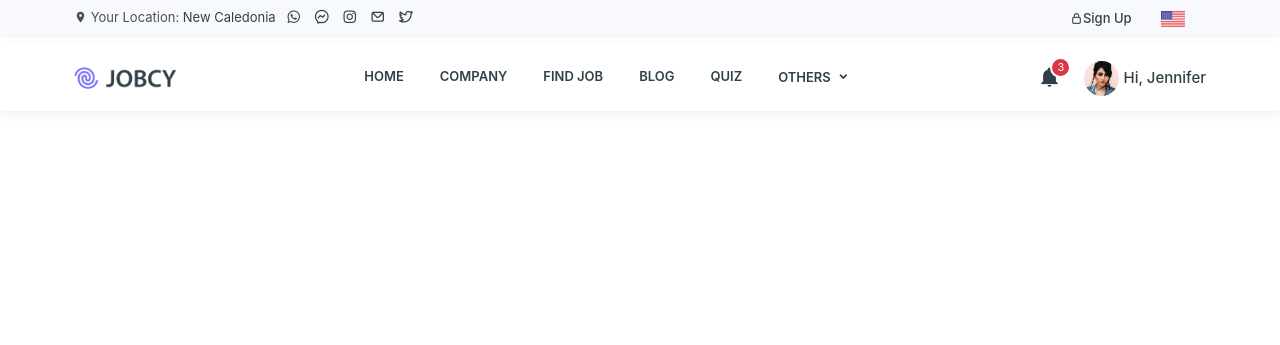
Repository: waflol/hrpm-frontend
Page: / (app in frontend/)
An editor plug-in stored every save of this project. The page is shown before and after the next save, followed by the edit.
The browser window is 1280 px wide. The pictures show the whole page.
The project was rebuilt for these pictures with package versions that can differ from the ones it lists, and the page was loaded fresh each time. Also part of the build but not shown: frontend/craco.config.js, frontend/src/shared/components/Navigations/LoginButton.jsx.

Above is the page before, as saved 2022-10-13 13:58:49.

### frontend/src/App.js
import MainNavBar from './shared/components/Navigations/MainNavBar';
import MainTopBar from './shared/components/TopBar/MainTopBar';
import { BrowserRouter, Routes, Route } from 'react-router-dom';
import MainFooter from './shared/components/Footer/MainFooter';
function App() {
  return (
    <div className="App">
      <BrowserRouter>
        <Routes>
          <Route
            path='/'
            element={
              <div>
                <MainTopBar />
                <MainNavBar />

              </div>
            }>
          </Route>
        </Routes>
      </BrowserRouter>
    </div>
  );
}

export default App;

### frontend/src/shared/components/Navigations/MainNavBar.jsx
import React from "react";
import {Container} from "reactstrap";
import LogoCompany from "./LogoCompany";
import NavToggler from "./NavToggler";
import Notification from "./Notification";
import UserSetting from "./UserSetting";
import LoginButton from "./LoginButton";
const MainNavBar = () => {
  return (
    <React.Fragment>
      <nav className="navbar navbar-expand-lg fixed-top sticky p-0 " id="navigation">
        <Container fluid className="custom-container">
          <LogoCompany/>
          <NavToggler/>

          <ul className="header-menu list-inline d-flex align-items-center mb-0">
            <Notification/>
            <UserSetting/>
          </ul>
        </Container>
      </nav>
    </React.Fragment>
  )
}

export default MainNavBar;

### frontend/src/shared/components/TopBar/MainTopBar.jsx
import React from "react";
import {Col, Container, Row} from "reactstrap";

import YourLocations from "./YourLocations";
import SignUpLink from "./SignUpLink";
import LanguageSelector from "./LanguageSelector";

const MainTopBar = () => {
  return (
    <React.Fragment>
      <div className="top-bar" style={{zIndex: 1030}}>
        <Container fluid className="custom-container">
          <Row className="g-0 align-items-center">
            <YourLocations/>

            <Col md={5}>
              <ul className="list-inline mb-0 text-center text-md-end">
                <SignUpLink/>
                <LanguageSelector/>
              </ul>
            </Col>
          </Row>
        </Container>
      </div>
    </React.Fragment>
  );
};

export default MainTopBar;

### frontend/src/shared/components/Navigations/LogoCompany.jsx
import React from 'react'
import { Link } from 'react-router-dom';
import darkLogo from "../../../assets/images/logo-dark.png";
import lightLogo from "../../../assets/images/logo-light.png";
const LogoCompany = () => {
    return (
        <Link className="navbar-brand text-dark fw-bold me-auto" to="/">
            <img src={darkLogo} height="22" alt="" className="logo-dark" />
            <img src={lightLogo} height="22" alt="" className="logo-light" />
        </Link>
    )
}

export default LogoCompany

### frontend/src/shared/components/Navigations/NavToggler.jsx
import React, { useState } from "react";
import NavLinks from "./NavLinks";
import { Collapse, NavbarToggler } from "reactstrap";
const NavToggler = () => {
    const [isOpen, setIsOpen] = useState(false);
    const toggle = () => setIsOpen(!isOpen);
    return (
        <>
            <div>
                <NavbarToggler className="me-3" type="button" onClick={() => toggle()}>
                    <i className="mdi mdi-menu"></i>
                </NavbarToggler>
            </div>
            <Collapse isOpen={isOpen} className="navbar-collapse" id="navbarCollapse">
                <NavLinks />
            </Collapse>
        </>

    )
}

export default NavToggler;

### frontend/src/shared/components/Navigations/Notification.jsx
import React, { useState } from "react";
import {
    Dropdown,
    DropdownToggle,
    DropdownMenu,
} from "reactstrap";
import userImage2 from "../../../assets/images/user/img-02.jpg";
import jobImage4 from "../../../assets/images/featured-job/img-04.png";
import userImage1 from "../../../assets/images/user/img-01.jpg";
import jobImage from "../../../assets/images/featured-job/img-01.png";
import { Link } from 'react-router-dom';

const Notification = () => {
    const [notification, setNotification] = useState(false);
    const dropDownnotification = () => setNotification((prevState) => !prevState);
    return (
        <Dropdown isOpen={notification} toggle={dropDownnotification} className="list-inline-item  me-4">
            <DropdownToggle href="#" className="header-item noti-icon position-relative" id="notification" type="button" tag="a">
                <i className="mdi mdi-bell fs-22"></i>
                <div className="count position-absolute">3</div>
            </DropdownToggle>
            <DropdownMenu className="dropdown-menu-sm dropdown-menu-end p-0" aria-labelledby="notification" end>
                <div className="notification-header border-bottom bg-light">
                    <h6 className="mb-1"> Notification </h6>
                    <p className="text-muted fs-13 mb-0">You have 4 unread Notification</p>
                </div>
                <div className="notification-wrapper dropdown-scroll">
                    <Link to="#" className="text-dark notification-item d-block active">
                        <div className="d-flex align-items-center">
                            <div className="flex-shrink-0 me-3">
                                <div className="avatar-xs bg-primary text-white rounded-circle d-flex align-items-center justify-content-center">
                                    <i className="uil uil-user-check "></i>
                                </div>
                            </div>
                            <div className="flex-grow-1">
                                <h6 className="mt-0 mb-1 fs-14">22 verified registrations</h6>
                                <p className="mb-0 fs-12 text-muted"><i className="mdi mdi-clock-outline"></i> <span>3 min
                                    ago</span></p>
                            </div>
                        </div>
                    </Link>
                    <Link to="#" className="text-dark notification-item d-block">
                        <div className="d-flex align-items-center">
                            <div className="flex-shrink-0 me-3">
                                <img src={userImage2} className="rounded-circle avatar-xs" alt="user-pic" />
                            </div>
                            <div className="flex-grow-1">
                                <h6 className="mt-0 mb-1 fs-14">James Lemire</h6>
                                <p className="text-muted fs-12 mb-0"><i className="mdi mdi-clock-outline"></i> <span>15 min
                                    ago</span></p>
                            </div>
                        </div>
                    </Link>
                    <Link to="#" className="text-dark notification-item d-block">
                        <div className="d-flex align-items-center">
                            <div className="flex-shrink-0 me-3">
                                <img src={jobImage4} className="rounded-circle avatar-xs"
                                    alt="user-pic" />
                            </div>
                            <div className="flex-grow-1">
                                <h6 className="mt-0 mb-1 fs-14">Applications has been approved</h6>
                                <p className="text-muted mb-0 fs-12"><i className="mdi mdi-clock-outline"></i> <span>45 min
                                    ago</span></p>
                            </div>
                        </div>
                    </Link>
                    <Link to="#" className="text-dark notification-item d-block">
                        <div className="d-flex align-items-center">
                            <div className="flex-shrink-0 me-3">
                                <img src={userImage1} className="rounded-circle avatar-xs"
                                    alt="user-pic" />
                            </div>
                            <div className="flex-grow-1">
                                <h6 className="mt-0 mb-1 fs-14">Kevin Stewart</h6>
                                <p className="text-muted mb-0 fs-12"><i className="mdi mdi-clock-outline"></i> <span>1 hour
                                    ago</span></p>
                            </div>
                        </div>
                    </Link>
                    <Link to="#" className="text-dark notification-item d-block">
                        <div className="d-flex align-items-center">
                            <div className="flex-shrink-0 me-3">
                                <img src={jobImage} className="rounded-circle avatar-xs"
                                    alt="user-pic" />
                            </div>
                            <div className="flex-grow-1">
                                <h6 className="mt-0 mb-1 fs-15">Creative Agency</h6>
                                <p className="text-muted mb-0 fs-12"><i className="mdi mdi-clock-outline"></i> <span>2 hour
                                    ago</span></p>
                            </div>
                        </div>
                    </Link>
                </div>
                <div className="notification-footer border-top text-center">
                    <Link className="primary-link fs-13" to="#">
                        <i className="mdi mdi-arrow-right-circle me-1"></i> <span>View More..</span>
                    </Link>
                </div>
            </DropdownMenu>
        </Dropdown>
    )
}

export default Notification

### frontend/src/shared/components/Navigations/UserSetting.jsx
import React, { useState } from "react";
import {
    Dropdown,
    DropdownToggle,
    DropdownMenu,
} from "reactstrap";
import profileImage from "../../../assets/images/profile.jpg";
import { Link } from 'react-router-dom';

const UserSetting = () => {
    const [userProfile, setUserProfile] = useState(false);
    const dropDownuserprofile = () => setUserProfile((prevState) => !prevState);
    return (
        <Dropdown
            onClick={() => setUserProfile(!userProfile)}
            isOpen={userProfile}
            toggle={dropDownuserprofile}
            className="list-inline-item">
            <DropdownToggle to="#" className="header-item" id="userdropdown" type="button" tag="a" aria-expanded="false">
                <img src={profileImage} alt="mdo" width="35" height="35" className="rounded-circle me-1" />
                <span className="d-none d-md-inline-block fw-medium">Hi, Jennifer</span>
            </DropdownToggle>
            <DropdownMenu className="dropdown-menu-end" aria-labelledby="userdropdown" end>
                <li><Link className="dropdown-item" to="/managejobs">Manage Jobs</Link></li>
                <li><Link className="dropdown-item" to="/bookmarkjobs">Bookmarks Jobs</Link></li>
                <li><Link className="dropdown-item" to="/myprofile">My Profile</Link></li>
                <li><Link className="dropdown-item" to="/signout">Logout</Link></li>
            </DropdownMenu>
        </Dropdown>
    )
}

export default UserSetting

### frontend/src/shared/components/TopBar/YourLocations.jsx
import React from "react";
import {Col} from "reactstrap";
import { Link } from "react-router-dom";
import { iconTobar } from "./IconBar";
//import images

const YourLocations = () => {
    return (
        <Col md={7}>
            <ul className="list-inline mb-0 text-center text-md-start">
                <li className="list-inline-item">
                    <p className="fs-13 mb-0">
                        {" "}
                        <i className="mdi mdi-map-marker"></i> Your Location:{" "}
                        <Link to="#" className="text-dark">
                            New Caledonia
                        </Link>
                    </p>
                </li>
                <li className="list-inline-item">
                    <ul className="topbar-social-menu list-inline mb-0">
                        {(iconTobar || []).map((icon, key) => (
                            <li className="list-inline-item" key={key}>
                                <Link to="/" className="social-link">
                                    <i className={icon.classname}></i>
                                </Link>
                            </li>
                        ))}
                    </ul>
                </li>
            </ul>
        </Col>
    )
}

export default YourLocations

### frontend/src/shared/components/TopBar/LanguageSelector.jsx
import React, { useState } from "react";
import {
    Dropdown,
    DropdownToggle,
    DropdownMenu,
    DropdownItem,
} from "reactstrap";

//import images
import flagUs from "../../../assets/images/flags/us.jpg";
import flagSp from "../../../assets/images/flags/spain.jpg";
import flagGr from "../../../assets/images/flags/germany.jpg";
import flagIt from "../../../assets/images/flags/italy.jpg";
import flagRu from "../../../assets/images/flags/russia.jpg";

const LanguageSelector = () => {
    //Language Dropdown
    const [dropdownOpen, setDropdownOpen] = useState(false);

    const toggle = () => setDropdownOpen((prevState) => !prevState);
    return (
        <li className="list-inline-item align-middle">
            <Dropdown
                isOpen={dropdownOpen}
                toggle={toggle}
                className="d-inline-block language-switch"

            >
                <DropdownToggle tag="button" type="button" className="btn">
                    <img
                        src={flagUs}
                        alt=""
                        height="16"
                    />
                </DropdownToggle>

                <DropdownMenu className="dropdown-menu-end" end>
                    <DropdownItem
                        to="/"
                        className="dropdown-item notify-item language"
                        data-lang="eng"
                    >
                        <img
                            src={flagUs}
                            alt=""
                            className="me-1"
                            height="12"
                        />
                        <span className="align-middle">English</span>
                    </DropdownItem>
                    <DropdownItem
                        to="/"
                        className="dropdown-item notify-item language"
                        data-lang="sp"
                    >
                        <img
                            src={flagSp}
                            alt=""
                            className="me-1"
                            height="12"
                        />
                        <span className="align-middle">Spanish</span>
                    </DropdownItem>
                    <DropdownItem
                        to="/"
                        className="dropdown-item notify-item language"
                        data-lang="gr"
                    >
                        <img
                            src={flagGr}
                            alt=""
                            className="me-1"
                            height="12"
                        />
                        <span className="align-middle">German</span>
                    </DropdownItem>
                    <DropdownItem
                        to="/"
                        className="dropdown-item notify-item language"
                        data-lang="it"
                    >
                        <img
                            src={flagIt}
                            alt=""
                            className="me-1"
                            height="12"
                        />
                        <span className="align-middle">Italian</span>
                    </DropdownItem>
                    <DropdownItem
                        to="/"
                        className="dropdown-item notify-item language"
                        data-lang="ru"
                    >
                        <img
                            src={flagRu}
                            alt=""
                            className="me-1"
                            height="12"
                        />
                        <span className="align-middle">Russian</span>
                    </DropdownItem>
                </DropdownMenu>
            </Dropdown>
        </li>
    )
}

export default LanguageSelector

### frontend/src/shared/components/Navigations/NavLinks.jsx
import React, { useState } from "react";
import classname from "classnames";
import {NavItem,NavLink} from "reactstrap";
import { Link } from 'react-router-dom';
const NavLinks = () => {
    const [home, setHome] = useState(false);
    const [company, setCompany] = useState(false);
    const [blog, setBlog] = useState(false);

    return (
        <ul className="navbar-nav mx-auto navbar-center">
            <NavItem className="dropdown dropdown-hover">
                <NavLink to="/" id="homedrop" className="arrow-none" onClick={() => setHome(!home)}> Home </NavLink>
            </NavItem>
            <NavItem className="dropdown dropdown-hover">
                <NavLink to="/" id="company" className="arrow-none"> Company </NavLink>
            </NavItem>
            <NavItem className="dropdown dropdown-hover">
                <NavLink to="/findjob" id="findjob" className="arrow-none"> Find Job </NavLink>
            </NavItem>
            <NavItem className="dropdown dropdown-hover">
                <NavLink to="/blog" id="productdropdown" role="button" data-bs-toggle="dropdown" onClick={() => setBlog(!blog)}>
                    Blog
                </NavLink>
            </NavItem>
            <NavItem>
                <NavLink className="nav-link" to="/quizz" id="quizz">Quiz</NavLink>
            </NavItem>
            <NavItem className="dropdown dropdown-hover">
                <NavLink to="/#" id="jobsdropdown" role="button" onClick={() => setCompany(!company)}>
                    Others <div className="arrow-down"></div>
                </NavLink>
                <ul className={classname("dropdown-menu dropdown-menu-center", { show: company })} aria-labelledby="jobsdropdown">
                    <li><Link className="dropdown-item" to="/aboutus">About Us</Link></li>
                    <li><Link className="dropdown-item" to="/services">Services</Link></li>
                    <li><Link className="dropdown-item" to="/team">Team</Link></li>
                    <li><Link className="dropdown-item" to="/pricing">Pricing</Link></li>
                    <li><Link className="dropdown-item" to="/privacyandpolicy">Priacy & Policy</Link></li>
                    <li><Link className="dropdown-item" to="/faqs">Faqs</Link></li>
                    <li><Link className="dropdown-item" to="/contact">Contact</Link></li>
                </ul>
            </NavItem>
        </ul>
    )
}

export default NavLinks;

### frontend/src/shared/components/TopBar/IconBar.jsx
export const iconTobar = [
    {
        id: 1,
        classname: "uil uil-whatsapp",
    },
    {
        id: 2,
        classname: "uil uil-facebook-messenger-alt",
    },
    {
        id: 3,
        classname: "uil uil-instagram",
    },
    {
        id: 4,
        classname: "uil uil-envelope",
    },
    {
        id: 5,
        classname: "uil uil-twitter-alt",
    },
];

### frontend/src/shared/components/Footer/MainFooter.jsx
import React from 'react'
import Subscribe from './Subscribe'
import FooterAlt from './FooterAlt'
const MainFooter = () => {
  return (
    <div>
        <Subscribe/>
        MainFooter
        <FooterAlt/>
    </div>
  )
}

export default MainFooter

### frontend/src/shared/components/Footer/Subscribe.jsx
import React from 'react';
import { Col, Container, Row } from "reactstrap";

//Import Image
import subscribeImg from "../../../assets/images/subscribe.png";

const Subscribe = () => {
  return (
      <React.Fragment>
          <section className="bg-subscribe">
              <Container>
                  <Row className="justify-content-between align-items-center">
                      <Col lg={6}>
                          <div className="text-center text-lg-start">
                              <h4 className="text-white">Get New Jobs Notification!</h4>
                              <p className="text-white-50 mb-0">Subscribe & get all related jobs notification.</p>
                          </div>
                      </Col>
                      <Col lg={6}>
                          <div className="mt-4 mt-lg-0">
                              <form className="subscribe-form" action="#">
                                  <div className="input-group justify-content-center justify-content-lg-end">
                                      <input type="text" className="form-control" id="subscribe" placeholder="Enter your email" />
                                      <button className="btn btn-primary" type="button" id="subscribebtn">Subscribe</button>
                                  </div>
                              </form>
                          </div>
                      </Col>
                  </Row>
              </Container>
              <div className="email-img d-none d-lg-block">
                  <img src={subscribeImg} alt="" className="img-fluid" />
              </div>
          </section>
      </React.Fragment>
  );
};

export default Subscribe

### frontend/src/shared/components/Footer/FooterAlt.jsx
import React from 'react'
import { Row, Col, Container } from 'reactstrap'
import { Link } from "react-router-dom";

const FooterAlt = () => {
  return (
    <div className="footer-alt">
      <Container >
        <Row >
          <Col lg={12}>
            <p className="text-white-50 text-center mb-0">
              {new Date().getFullYear()} &copy; Jobcy - Job Listing Page
              Project in <Link to="https://github.com/waflol/hrpm" target="_blank"
                className="text-reset text-decoration-underline">Github</Link>
            </p>
          </Col>
        </Row>
      </Container>
    </div>
  )
}

export default FooterAlt

Loaded but not shown: frontend/public/index.html (common file); frontend/src/index.js (common file); frontend/src/index.css (common file); frontend/public/assets/css/bootstrap-purple.min.css (library); frontend/public/assets/css/icons.min.css (library); frontend/public/assets/css/app-purple.min.css (library); frontend/src/shared/components/TopBar/SignUpLink.jsx (136 lines, source omitted)

After the next save:
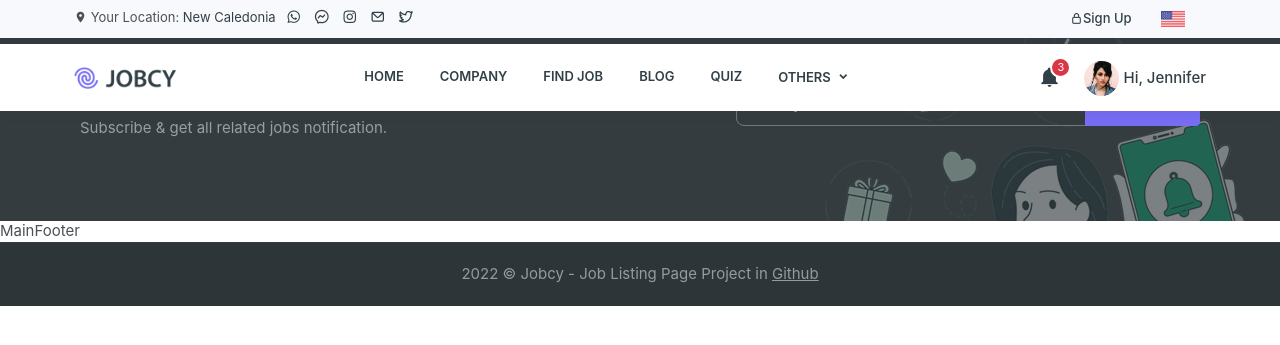
Saved 5 s later.
--- a/frontend/src/App.js
+++ b/frontend/src/App.js
@@ -13,7 +13,7 @@ function App() {
               <div>
                 <MainTopBar />
                 <MainNavBar />
-
+                <MainFooter/>
               </div>
             }>
           </Route>
